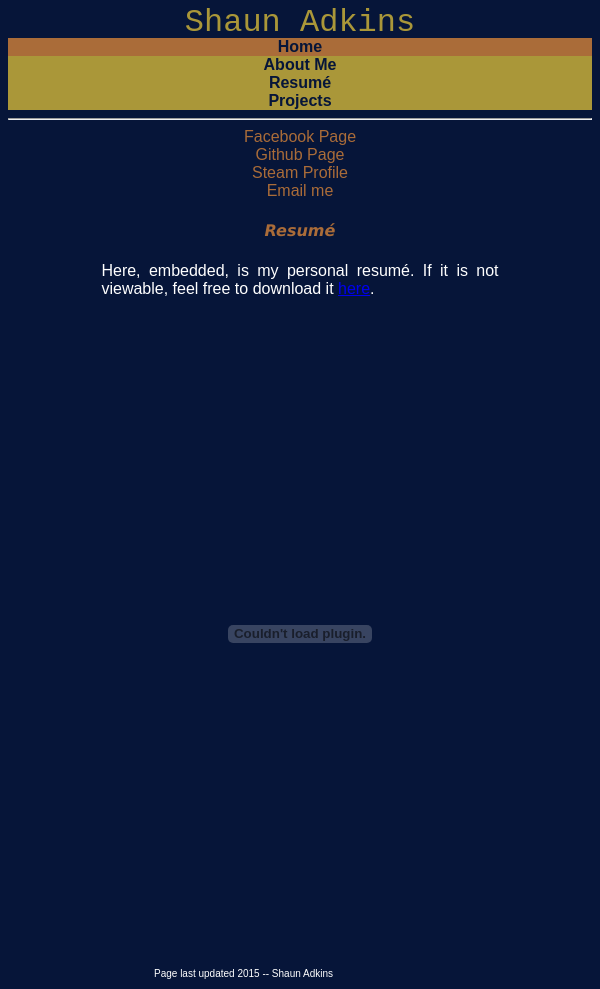
Repository: adkinsrs/sadkins_site
Page: html/resume.html
The author's editor kept a record of every edit. The page is drawn from the files as they stood at one moment, then again after the next edit.
The browser window is 600 px wide. The pictures show the whole page.

Above is the page before.

After the next edit:
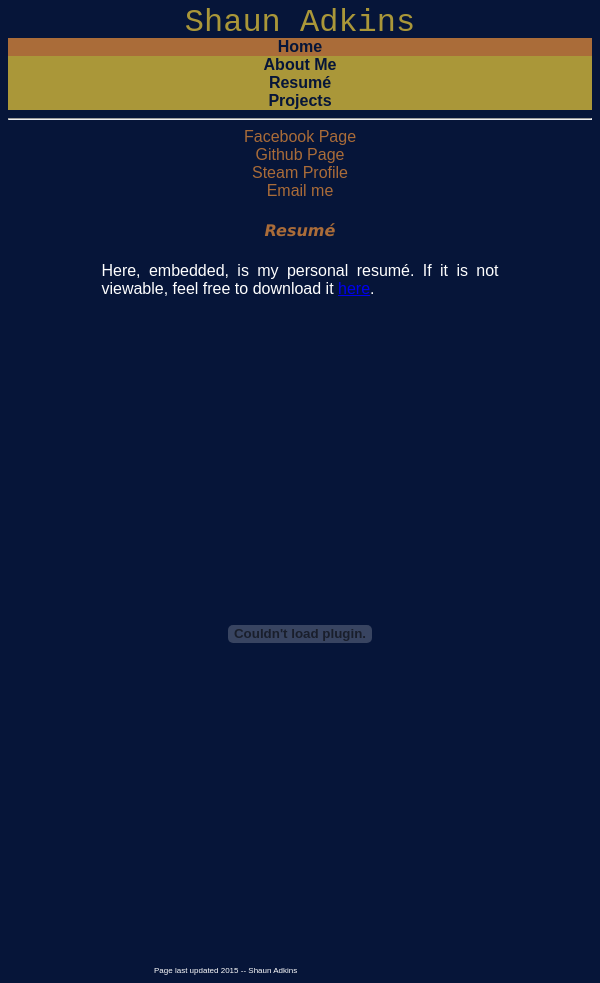
The edit:
--- a/css/main.css
+++ b/css/main.css
@@ -111,7 +111,7 @@
     }
 
     footer {
-        font-size: 10px;
+        font-size: 0.5em;
     }
 
     h1 {
